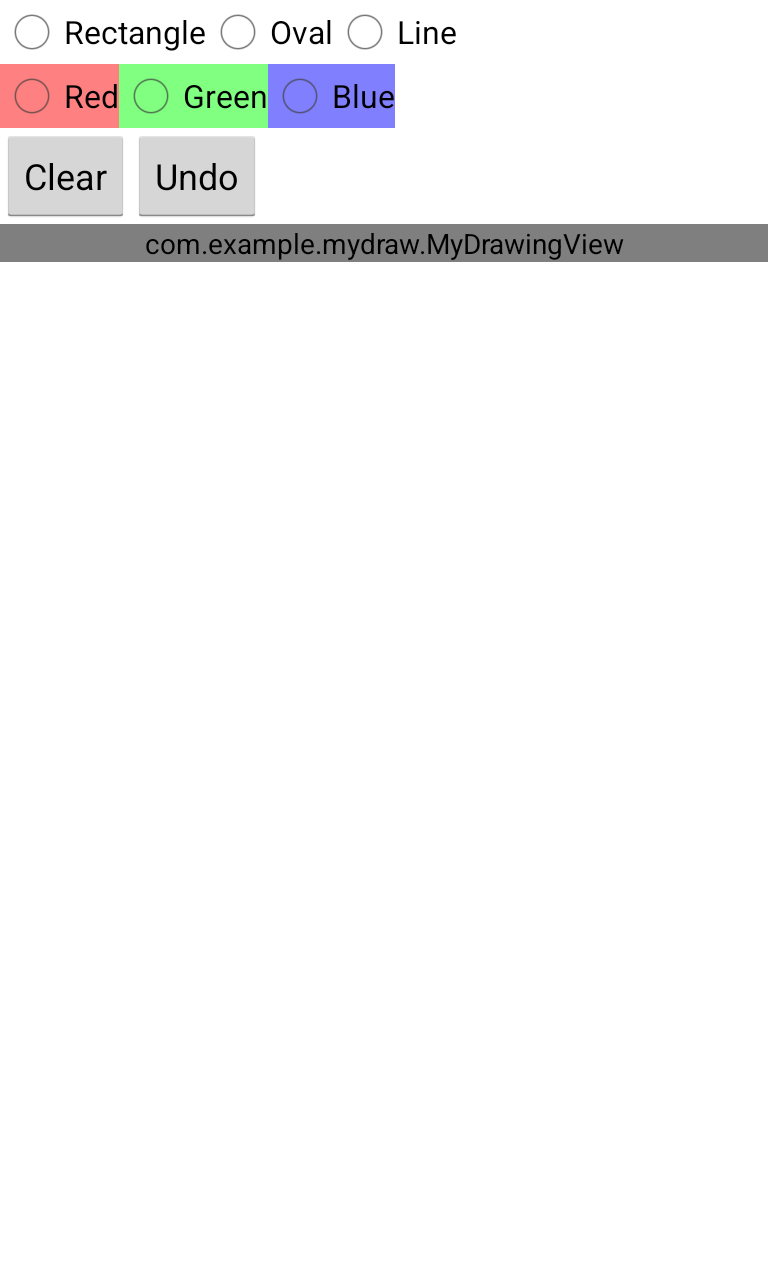
Repository: fusebox13/AndroidProjects
Layout: MyTouchScreenDrawingProgram/res/layout/activity_main.xml
An editor plug-in stored every save of this project. The layout is shown before and after the next save, followed by the edit.
Pictures or frames that could not be fetched are drawn as grey boxes. It is drawn on a 768 x 1280 px phone screen (xhdpi) without system bars, with theme AppTheme; the app's code is not run.

Above is the layout before, as saved 2014-03-10 17:31:09.

After the next save:
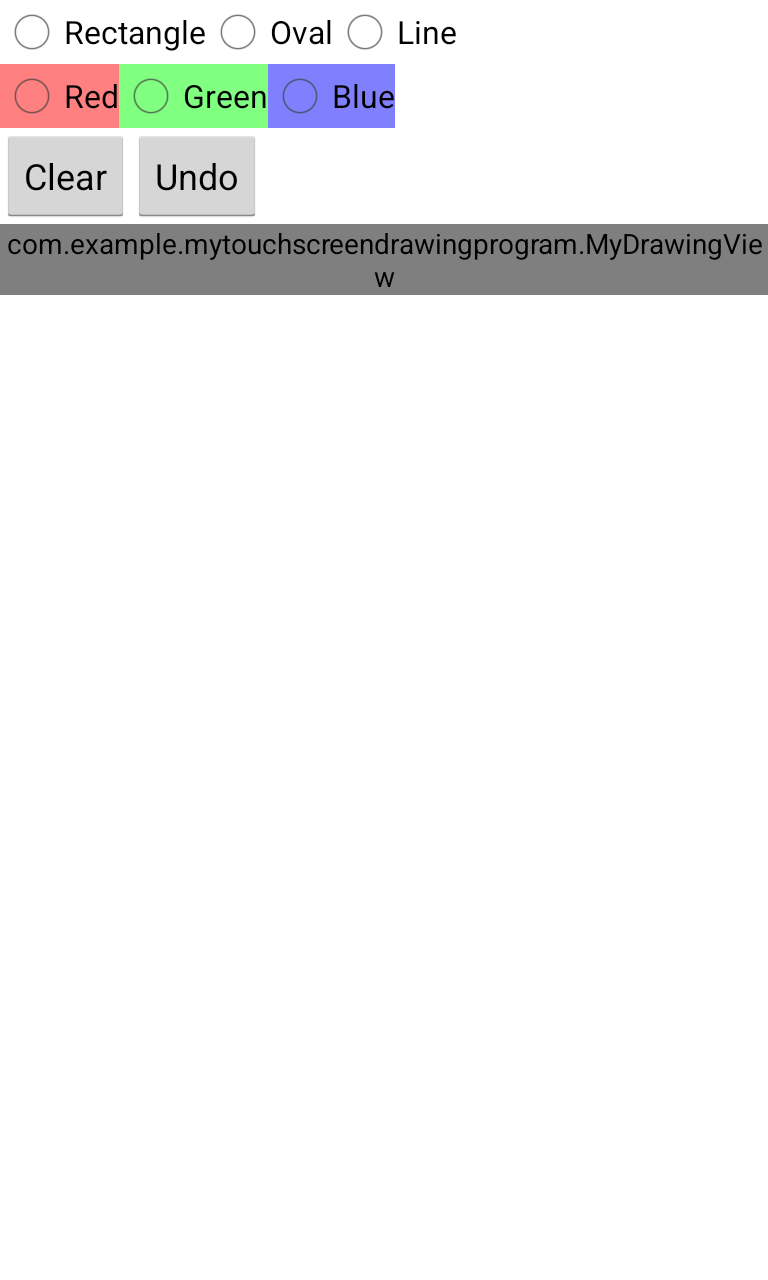
Saved 29 s later.
--- a/MyTouchScreenDrawingProgram/res/layout/activity_main.xml
+++ b/MyTouchScreenDrawingProgram/res/layout/activity_main.xml
@@ -63,7 +63,7 @@
          </LinearLayout>
 
 
-   <com.example.mydraw.MyDrawingView
+   <com.example.mytouchscreendrawingprogram.MyDrawingView
       android:id="@+id/myDraw1"
       android:layout_width="match_parent"
       android:layout_height="wrap_content"
